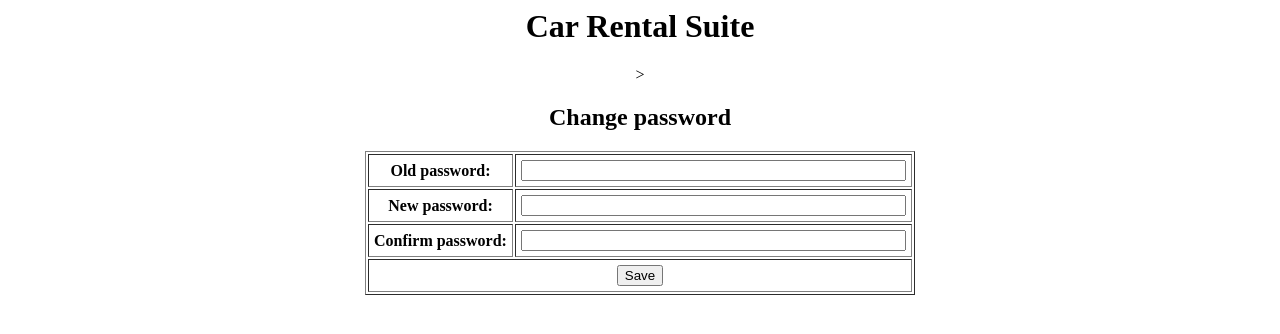
Repository: aforaswin/car-rental
Page: http://localhost/Car_Rental/change
These files come from the project's save history. The page is drawn as it stood at one moment and after the next save; the edit follows.
The browser window is 1280 px wide. The pictures show the whole page.
The page is served by Tomcat 9. Other server files are loaded and not shown.

Above is the page before, as saved 2017-09-19 04:55:36.

### Car Rental/WebContent/Change.jsp
<%@ page language="java" contentType="text/html; charset=UTF-8"
    pageEncoding="UTF-8"%>
<%@ taglib uri="http://java.sun.com/jsp/jstl/core" prefix="c" %>
<html>
<head>
    <title>Car Database</title>
</head>
<body>
    <center>
        <h1>Car Rental Suite</h1>

    </center>
<div align="center">>

            <form action="changePassword" method="post">

        <table border="1" cellpadding="5">
            <caption>
                <h2>

                        Change password

                </h2>
            </caption>
             <tr>
            <th>Old password:</th>
            <td>
            <input type="password" name="old_password" size="45"
                             required
                    />
               </td>
               </tr>

            <tr>
            <th>New password:</th>
            <td>
            <input type="password" name="password" size="45"
                             required id="password"
                    />
               </td>
               </tr>

           <tr>
           <th>Confirm password:</th>
           <td>
           <input name="password_confirm" required type="password" id="password_confirm" oninput="check(this)" size="45" />
           <script language='javascript' type='text/javascript'>
       function check(input) {
        if (input.value != document.getElementById('password').value) {
            input.setCustomValidity('Password Must be Matching.');
        } else {
            // input is valid -- reset the error message
            input.setCustomValidity('');
        }
    }
</script>

        <tr>
                <td colspan="2" align="center">
                    <input type="submit" value="Save" />
                </td>
            </tr>
        </table>
        </form>
    </div>
    <br>
  <%
int timeout = session.getMaxInactiveInterval();
response.setHeader("Refresh", timeout + "; URL = loginRedirect.jsp");
%>
</body>
</html>

After the next save:
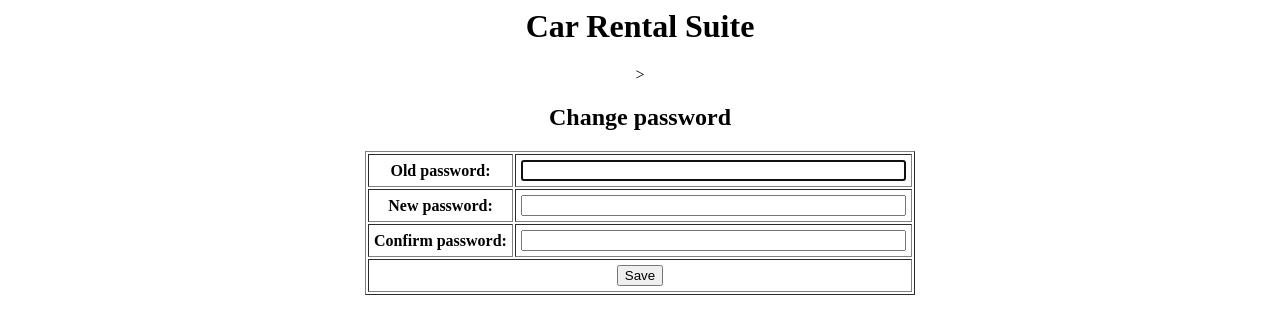
Saved 26 s later.
--- a/Car Rental/WebContent/Change.jsp
+++ b/Car Rental/WebContent/Change.jsp
@@ -26,7 +26,7 @@
             <th>Old password:</th>
             <td>
             <input type="password" name="old_password" size="45"
-                             required
+                             required autofocus
                     />
                </td>
                </tr>
